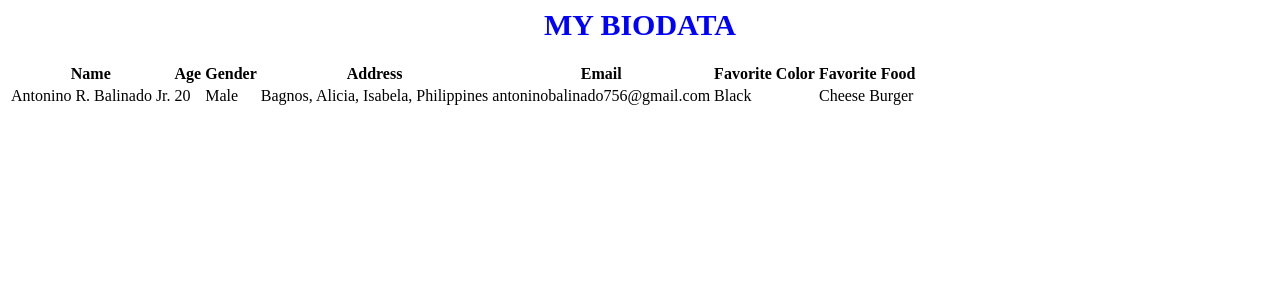
Repository: nino-pixel/github-uploading
Page: biodata.html
The author's editor kept a copy of each file at every save. The page is drawn from the files as they stood at one save, then again after the next save.
The browser window is 1280 px wide. The pictures show the whole page.

Above is the page before, as saved 2025-02-05 15:31:49.

### biodata.html
<html lang="en">
<head>
    <meta charset="UTF-8">
    <meta name="viewport" content="width=device-width, initial-scale=1.0">
    <title>My Biodata</title>
</head>
<body>
    <h1 id="title">MY BIODATA</h1>
    <div class="biodata">
    <table>
        <tr>
            <th>Name</th>
            <th>Age</th>
            <th>Gender</th>
            <th>Address</th>
            <th>Email</th>
            <th>Favorite Color</th>
            <th>Favorite Food</th>
        </tr>
        <tr>
            <td>Antonino R. Balinado Jr.</td>
            <td>20</td>
            <td>Male</td>
            <td>Bagnos, Alicia, Isabela, Philippines</td>
            <td>antoninobalinado756@gmail.com</td>
            <td>Black</td>
            <td>Cheese Burger</td>
        </tr>
    </table>

</div>
</body>
<style>
    #title{
        text-align: center;
        font-size: 30px;
        color: blue;
    }
    .biodata{
    }
</style>

</html>

After the next save:
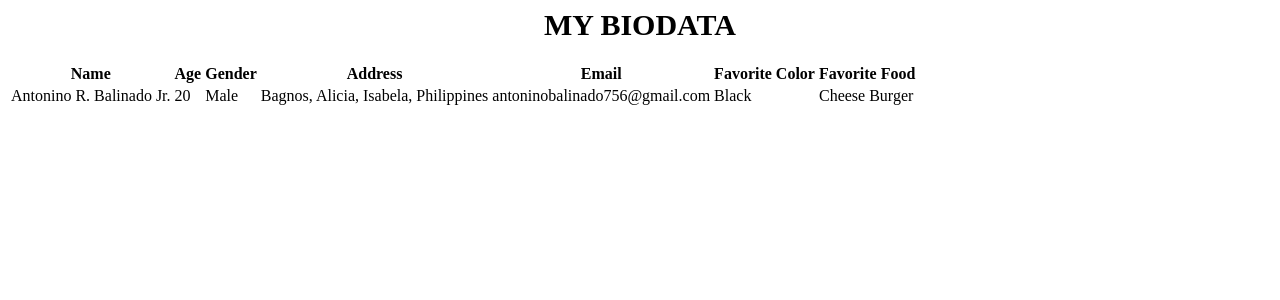
Saved 15 s later.
--- a/biodata.html
+++ b/biodata.html
@@ -34,7 +34,6 @@
     #title{
         text-align: center;
         font-size: 30px;
-        color: blue;
     }
     .biodata{
     }
